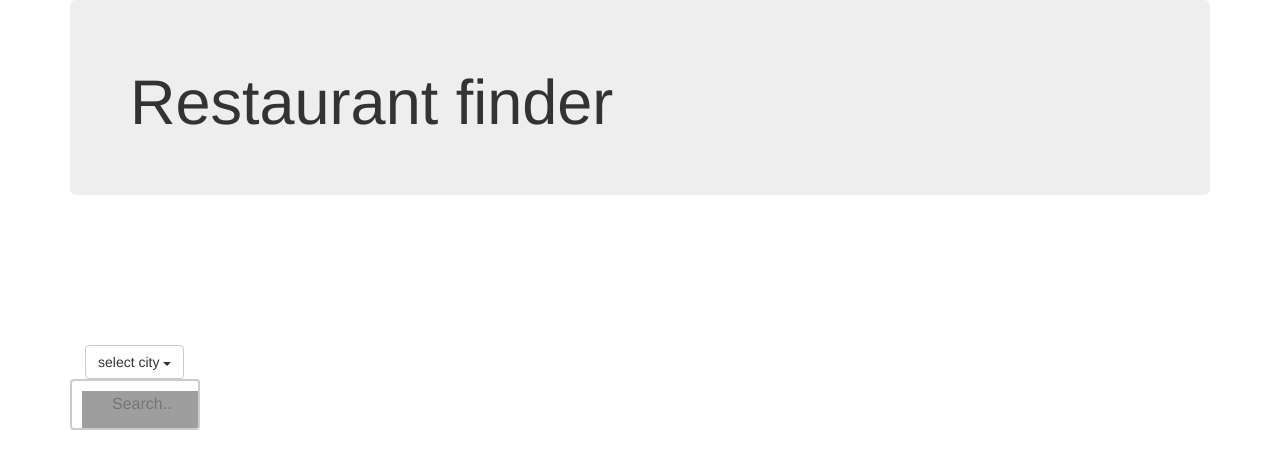
Repository: ganz-95/Denuvo-final
Page: http://localhost/restaurant/
The author's editor kept a copy of each file at every save. The page is drawn from the files as they stood at one save, then again after the next save.
The browser window is 1280 px wide. The pictures show the whole page.
Pictures or frames that could not be fetched are drawn as grey boxes. Some web libraries are served in a nearby version. The page is served by Tomcat 9.

Above is the page before, as saved 2017-01-23 15:47:45.

After the next save:
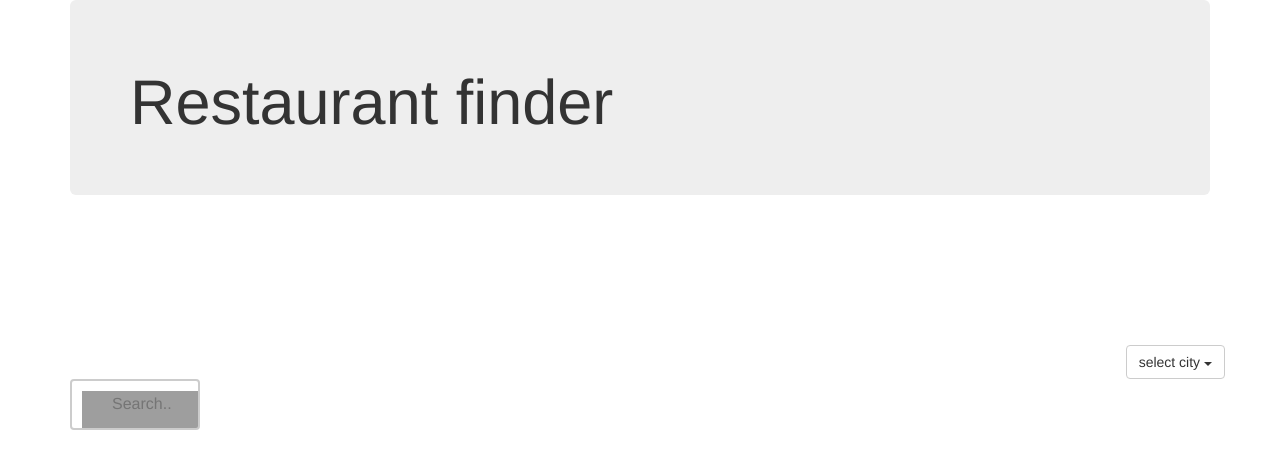
Saved 40 s later.
--- a/workspace/restaurant/src/main/webapp/index.jsp
+++ b/workspace/restaurant/src/main/webapp/index.jsp
@@ -14,11 +14,11 @@
 
 
 
-<div class="container" align="center">
+<div class="container" >
 
   <br><br><br><br><br><br>
 
-  <div class="dropdown" style="float:left;">
+  <div class="dropdown" style="float:right;">
     <button class="btn btn-default dropdown-toggle" type="button" data-toggle="dropdown">select city
     <span class="caret"></span></button>
     <ul class="dropdown-menu">
